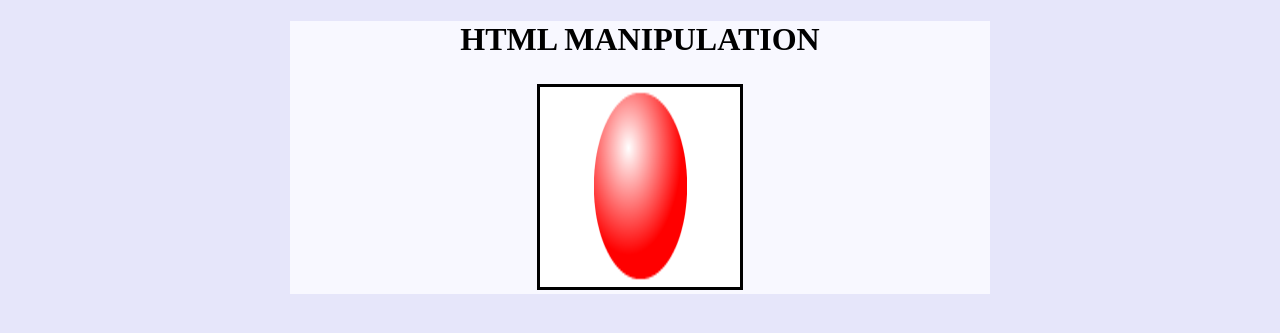
Repository: 2001mariana/jquery
Page: html-manipulation.html
The author's editor kept a copy of each file at every save. The page is drawn from the files as they stood at one save, then again after the next save.
The browser window is 1280 px wide. The pictures show the whole page.

Above is the page before, as saved 2022-07-27 10:14:06.

After the next save:
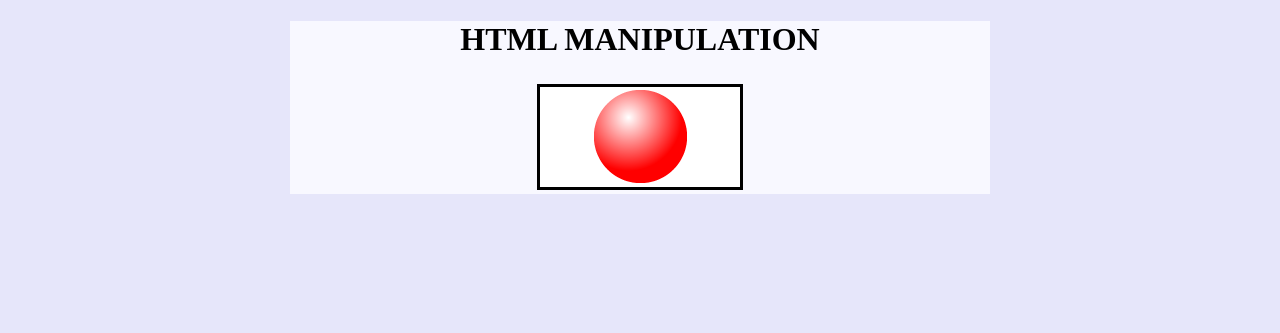
Saved 8 s later.
--- a/html-manipulation.html
+++ b/html-manipulation.html
@@ -22,6 +22,6 @@
 $("div#page-size").css("width", "700px")
 $("div#page-size").css("margin", "auto")
 
-$('img').attr('style', 'background-color: blue; width: 200px; height: 200px')
+//$('img').attr('style', 'background-color: blue; width: 200px; height: 200px')
 </script>
 </html>

After the save that followed:
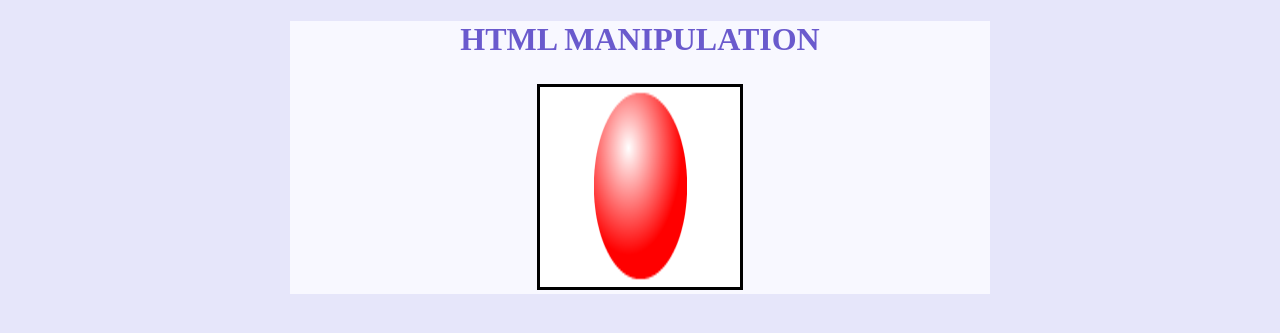
Saved 17 s later.
--- a/html-manipulation.html
+++ b/html-manipulation.html
@@ -16,12 +16,12 @@
       </div>
 </body>
 <script>
-$("h1").css("color: #6A5ACD")
+$("h1").css("color", "#6A5ACD")
 $("h1").css("margin-bottom", "26px")
 $("body").css("text-align", "center")
 $("div#page-size").css("width", "700px")
 $("div#page-size").css("margin", "auto")
 
-//$('img').attr('style', 'background-color: blue; width: 200px; height: 200px')
+$('img').attr('style', 'background-color: blue; width: 200px; height: 200px')
 </script>
 </html>
